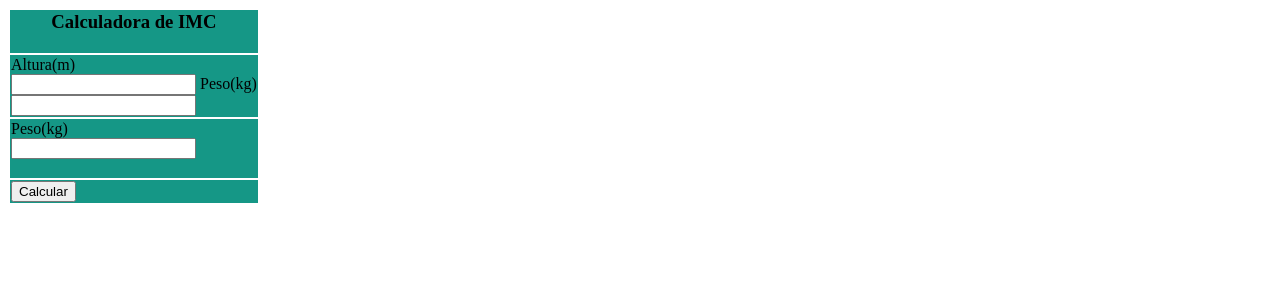
Repository: Patriciamativi/Projetos
Page: index.html
These files come from the project's save history. The page is drawn as it stood at one moment and after the next save; the edit follows.
The browser window is 1280 px wide. The pictures show the whole page.

Above is the page before, as saved 2022-11-21 14:28:10.

### index.html
<html>
    <head>
        <title>Calculadora de IMC</title>
        <meta charset="utf-8"/>

        <style type="text/css">
            tr {
                background-color: rgb(21, 151, 134);
            }
            td {

                background-color: rgb(21, 151, 134);
            }
        </style>
    </head>
<table border="0">
    <body>

        <tr>
            <th><h3>Calculadora de IMC</h3></th></tr>

        <td>Altura(m)<br/>
            <input type: "number" >
            Peso(kg)<br/>
            <input type: "number" > </br></td>

        <tr><td>Peso(kg)<br/>
            <input type: "number" > </br></br></td></tr>


        <td><input type= "submit" value="Calcular"></td>

    </table>
</body>
</html>

After the next save:
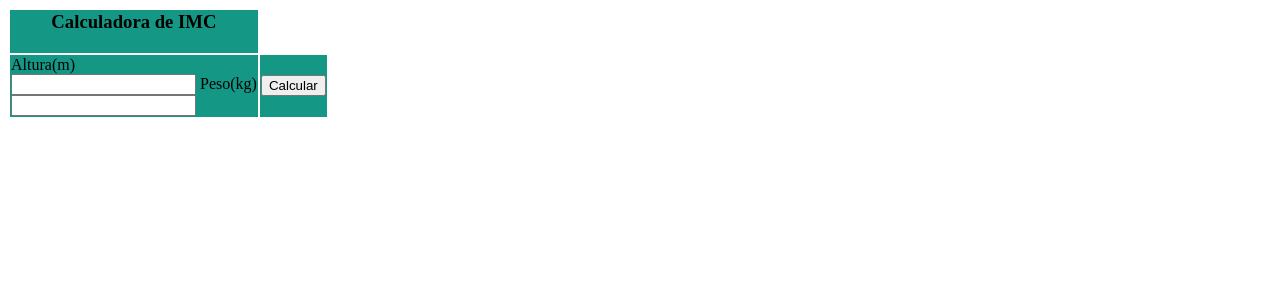
Saved 20 s later.
--- a/index.html
+++ b/index.html
@@ -24,10 +24,6 @@
             Peso(kg)<br/>
             <input type: "number" > </br></td>
 
-        <tr><td>Peso(kg)<br/>
-            <input type: "number" > </br></br></td></tr>
-
-
         <td><input type= "submit" value="Calcular"></td>
 
     </table>
